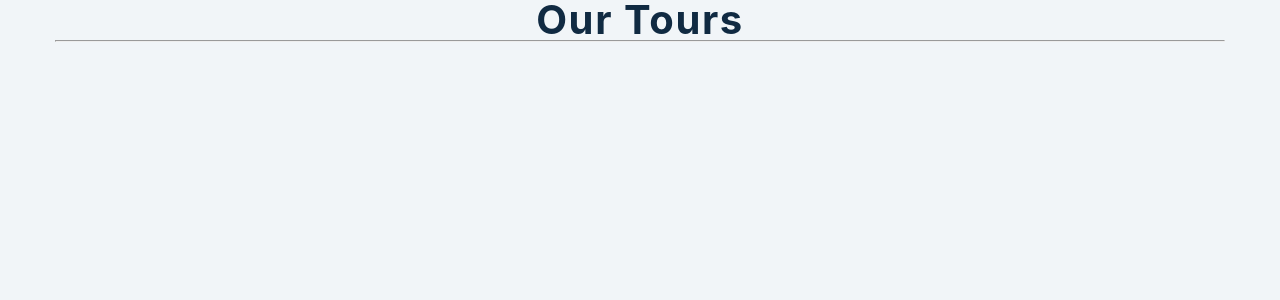
Repository: edekeemmanuel/travelling_tour
Page: /
An editor plug-in stored every save of this project. The page is shown before and after the next save, followed by the edit.
The browser window is 1280 px wide. The pictures show the whole page.
The page's requests for data from a server got no answer. The project was rebuilt for these pictures with package versions that can differ from the ones it lists, and the page was loaded fresh each time. No one was signed in, and anything a server would have sent is missing.

Above is the page before, as saved 2021-12-01 09:35:23.

After the next save:
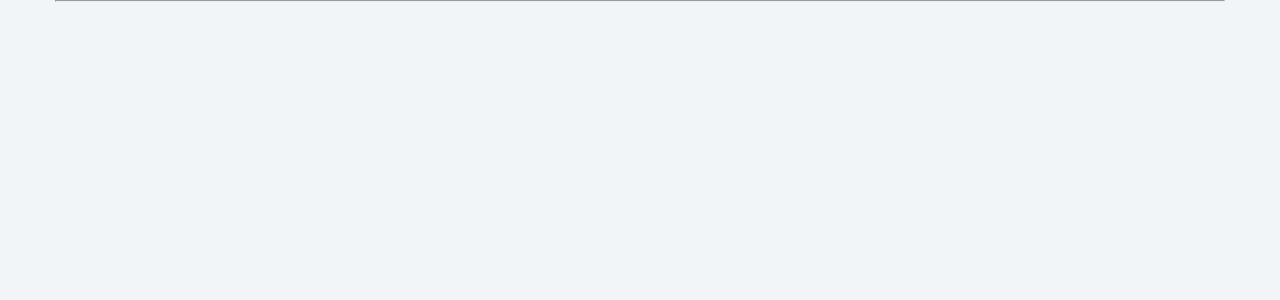
Saved 10 s later.
--- a/src/Loading.js
+++ b/src/Loading.js
@@ -46,7 +46,7 @@
   return (
     <div className="section">
       <h2 className="title">
-        Our Tours
+
         <hr className="underline" />
       </h2>
 {/*

After the save that followed:
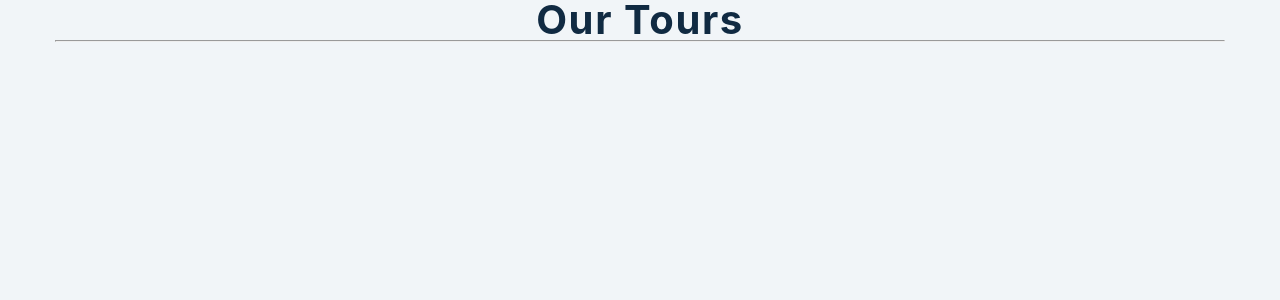
Saved 11 s later.
--- a/src/Loading.js
+++ b/src/Loading.js
@@ -46,7 +46,7 @@
   return (
     <div className="section">
       <h2 className="title">
-
+        Our Tours
         <hr className="underline" />
       </h2>
 {/*
